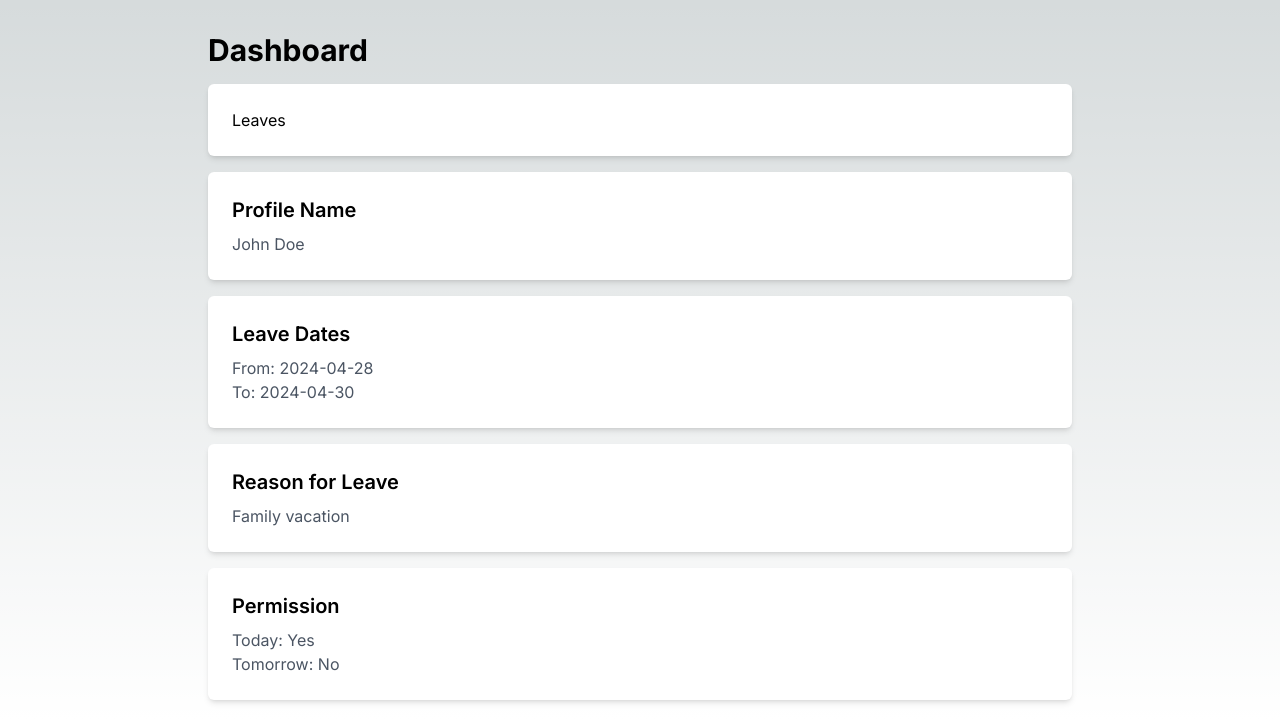
Repository: Plestar-suresh/Plestar-Project
Page: /account (app in emp/)
An editor plug-in stored every save of this project. The page is shown before and after the next save, followed by the edit.
The browser window is 1280 px wide. The pictures show the whole page.
The project was rebuilt for these pictures with package versions that can differ from the ones it lists, and the page was loaded fresh each time. The framework's server and built-in components were replaced by stand-ins that run in the browser. Also part of the build but not shown: emp/next.config.mjs.

Above is the page before, as saved 2024-05-06 12:09:36.

After the next save:
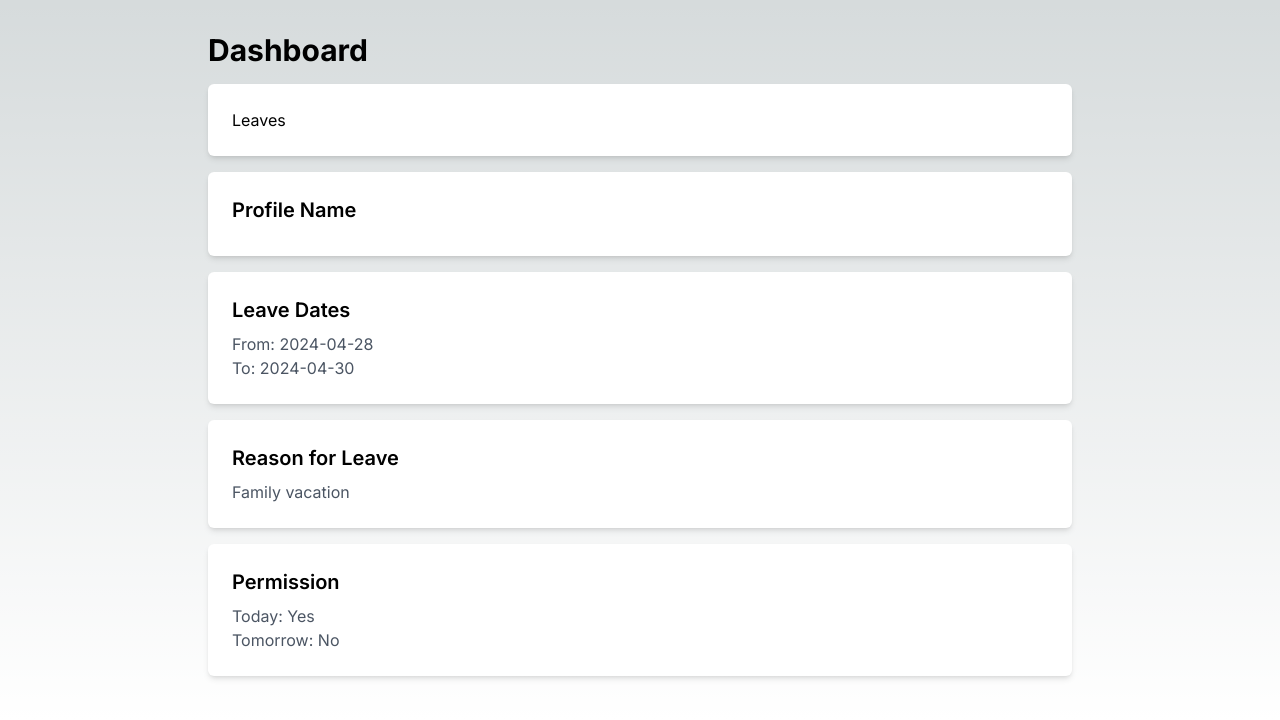
Saved 7 min 39 s later.
--- a/emp/app/account/page.tsx
+++ b/emp/app/account/page.tsx
@@ -1,4 +1,5 @@
-import React from 'react'
+import React, { FormEvent, useState, useEffect } from 'react';
+import axios from 'axios';
 
 const dashboard = () => {
   return (
@@ -10,7 +11,7 @@ const dashboard = () => {
       </div>
       <div className="bg-white shadow-md rounded-md p-6 mb-4">
         <h2 className="text-xl font-semibold mb-2">Profile Name</h2>
-        <p className="text-gray-600">John Doe</p>
+        <p className="text-gray-600">{}</p>
       </div>
       <div className="bg-white shadow-md rounded-md p-6 mb-4">
         <h2 className="text-xl font-semibold mb-2">Leave Dates</h2>
